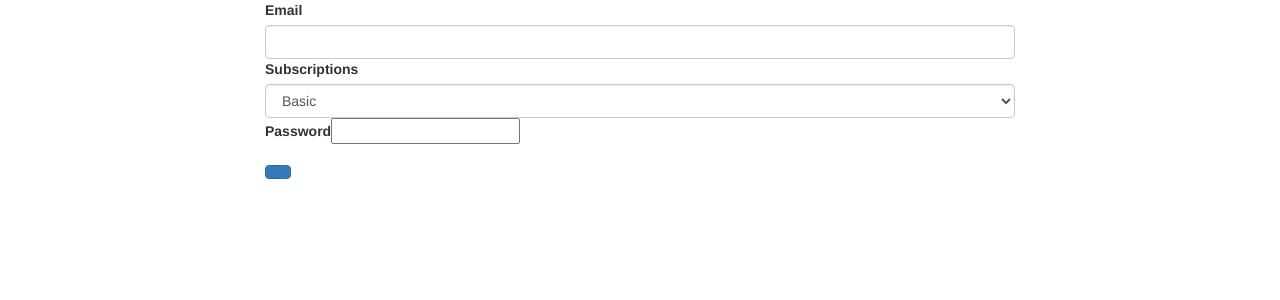
Repository: NikitasX/AngularCourse
Page: / (app in td-forms-assignment/)
These files come from the project's save history. The page is drawn as it stood at one moment and after a run of saves; the edit follows.
The browser window is 1280 px wide. The pictures show the whole page.
The project was rebuilt for these pictures with package versions that can differ from the ones it lists, and the page was loaded fresh each time. Also part of the build but not shown: td-forms-assignment/angular.json.

Above is the page before, as saved 2020-09-25 16:35:41.

After the next 2 saves:
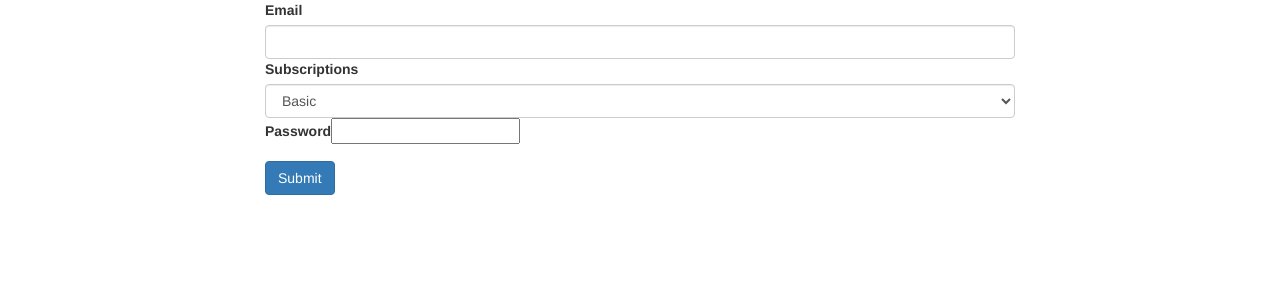
The 2 saves are shown as one change because they came seconds apart.
The last was saved 10 s later.
--- a/td-forms-assignment/src/app/app.component.html
+++ b/td-forms-assignment/src/app/app.component.html
@@ -27,7 +27,7 @@
             class="form-cotrol"
             required>
         </div>
-        <button class="btn btn-primary" type="submit"></button>
+        <button class="btn btn-primary" type="submit">Submit</button>
       </form>
 
       <!-- Add a Form with the following Inputs (and Validators)
